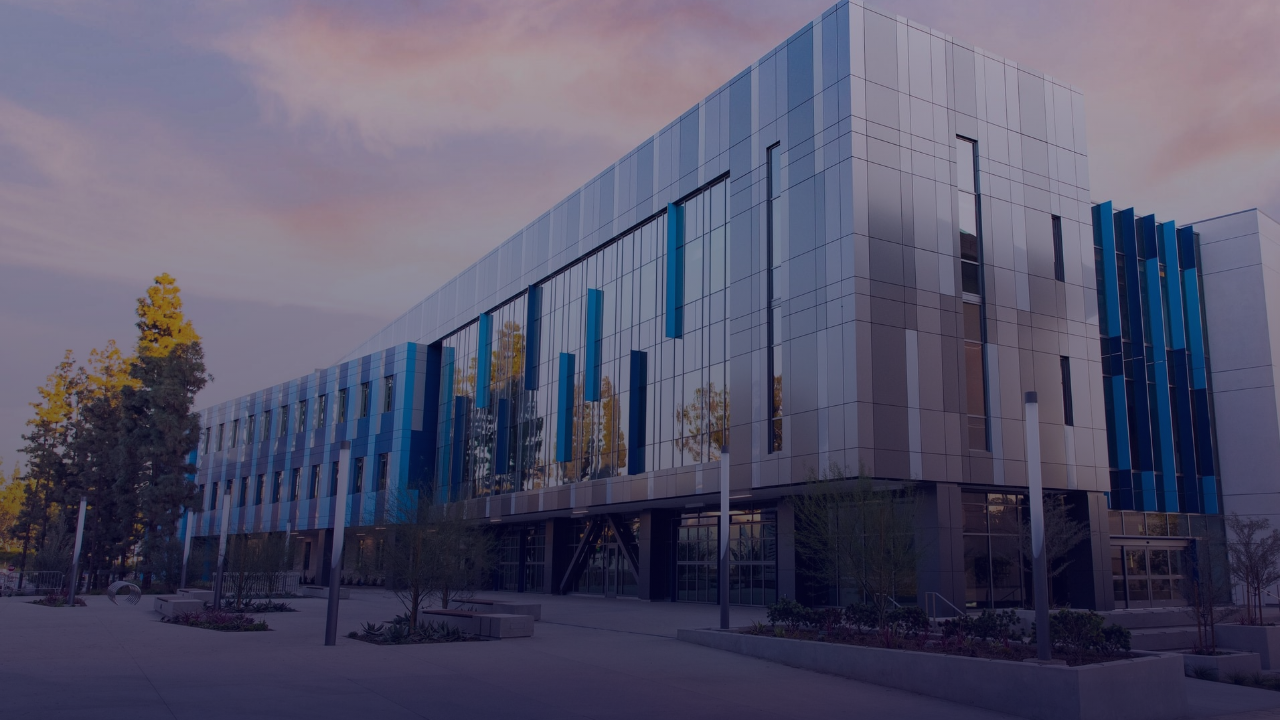
Repository: NamanSahu09/VidyaPreet-Ed-Tech-Website
Page: frontpage.html
The author's editor kept a copy of each file at every save. The page is drawn from the files as they stood at one save, then again after the next save.
The browser window is 1280 px wide. The pictures show the whole page.

Above is the page before, as saved 2024-04-15 10:58:25.

### frontpage.html
<!DOCTYPE html>
<html lang="en">
<head>
  <meta charset="UTF-8">
  <meta name="viewport" content="width=device-width, initial-scale=1.0">
  <title>Document</title>
  <link rel="stylesheet" href="frontpage.css">
</head>
<body>

  <div class="container">







  </div>





</body>
</html>

### frontpage.css
*
{
  margin: 0;
  padding: 0;
  box-sizing: border-box;
}

.container
{
  display: flex;
  background-image: linear-gradient(rgba(9, 5, 54, 0.3), rgba(5,4,46,0.7)), url("img/back.jpg");

  width: 100%;
  height: 100vh;
  background-size: cover;
	background-position: center center;
  flex-direction: column;
	justify-content: center;

}

After the next save:
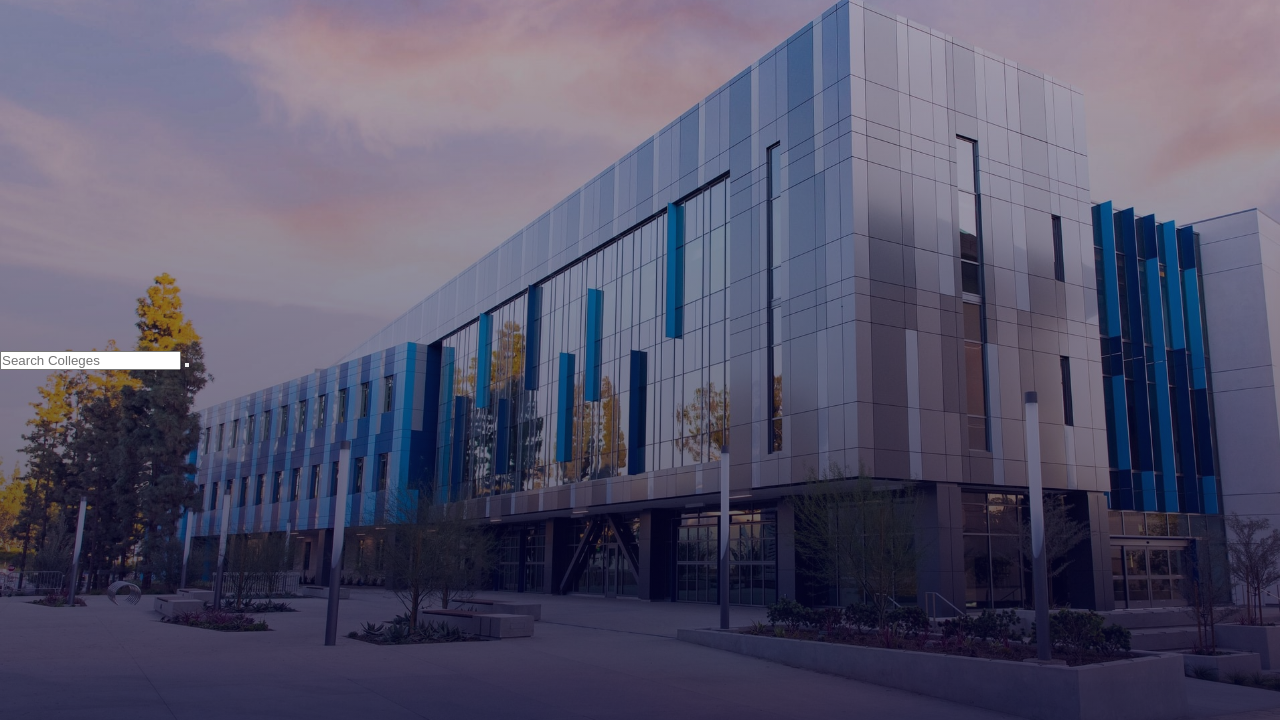
Saved 42 s later.
--- a/frontpage.html
+++ b/frontpage.html
@@ -10,7 +10,14 @@
 
   <div class="container">
 
+    <div class="search-box">
+      <div class="row">
+        <input type="text" id="input-box" placeholder="Search Colleges" autocomplete="off">
+        <button class="search"><i class="fa-solid fa-magnifying-glass" onclick="searchGoogle()"></i></button>
+      </div>
+      <div class="result-box">
 
+      </div>
 
 
 
